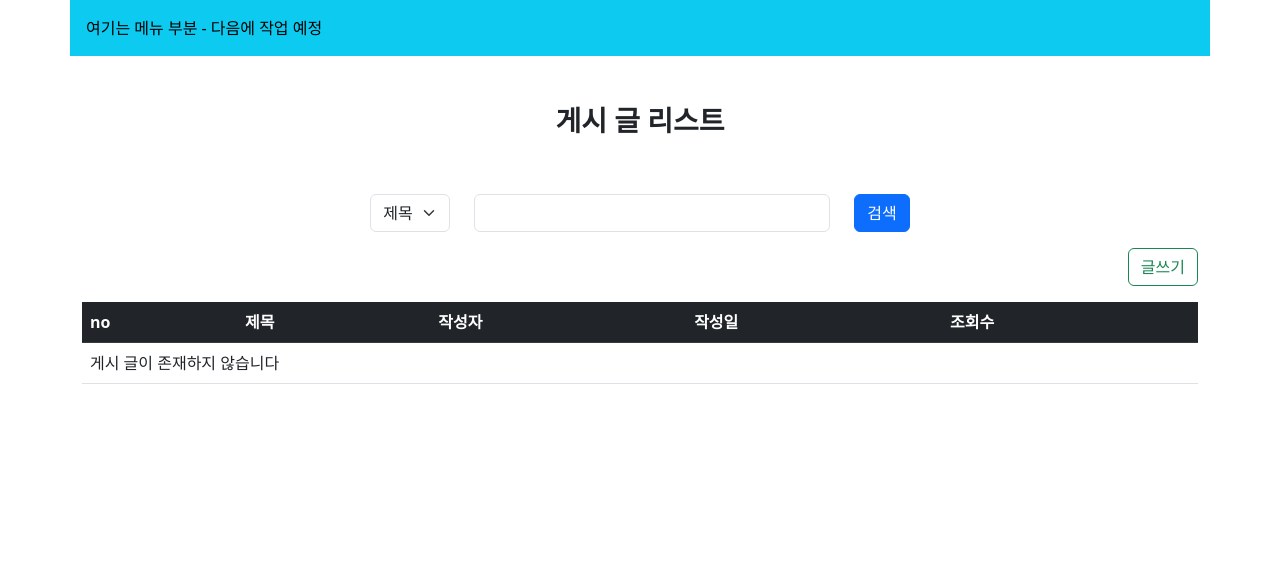
Repository: lopanghub/git_study
Page: http://localhost/JSPClassCh06/WEB-INF/board/boardList.jsp
The author's editor kept a copy of each file at every save. The page is drawn from the files as they stood at one save, then again after the next save.
The browser window is 1280 px wide. The pictures show the whole page.
The page is served by Tomcat 9. Nobody is signed in. Other server files are loaded and not shown. The template is opened directly, without the code that normally fills it, so the values that code supplies are empty.

Above is the page before, as saved 2024-04-09 05:49:07.

### JSPStudy/JSPClassCh06/src/main/webapp/WEB-INF/board/boardList.jsp
<%@page import="java.util.ArrayList"%>
<%@page import="com.jspstudy.ch06.vo.Board"%>
<%@page import="java.util.List"%>
<%@page import="java.sql.ResultSet"%>
<%@page import="java.sql.PreparedStatement"%>
<%@page import="java.sql.DriverManager"%>
<%@page import="java.sql.Connection"%>
<%@ page language="java" contentType="text/html; charset=UTF-8"
	pageEncoding="UTF-8"%>
<%@taglib prefix="c" uri="http://java.sun.com/jsp/jstl/core"%>

<!DOCTYPE html>
<html>
<head>
<meta charset="UTF-8">
<meta name="viewport" content="width=device-width, initial-scale=1">
<title>Insert title here</title>
<link href="bootstrap/bootstrap.min.css" rel="stylesheet">
</head>
<body>
	<div class="container">
		<div class="row">
			<div class="col text-bg-info p-3">여기는 메뉴 부분 - 다음에 작업 예정</div>
		</div>
		<div class="row my-5">
			<div class="col text-center">
				<h2 class=" fw-bold fs-3">게시 글 리스트</h2>
			</div>

		</div>
		<form name="searchForm" id="searchForm" action="#"
			class="row justify-content-center my-3">
			<div class="col-auto">
				<select name="type" class="form-select">
					<option value="title">제목</option>
					<option value="writer">작가</option>
					<option value="content">내용</option>
				</select>
			</div>
			<div class="col-4">
				<input type="text" name="keyword" id="keyword" class="form-control">
			</div>
			<div class="col-auto">
				<input type="submit" class="btn btn-primary" value="검색">
			</div>
		</form>
		<div class="row">
			<div class="col text-end">
				<a href="writeForm" class="btn btn-outline-success">글쓰기</a>
			</div>
		</div>
		<div class="row my-3">
			<div class="col">

				<table class="table table-hover">
					<thead >
					<tr class="table-dark">
						<th>no</th>
						<th>제목</th>
						<th>작성자</th>
						<th>작성일</th>
						<th>조회수</th>
					</tr>
					</thead>
					<!-- 게시글이 있는 경우 -->
					<tbody>
					<c:if test="${not empty bList }">
						<c:forEach var="board" items="${bList }">
							<tr>
								<td>${board.no }</td>
								<td>${board.title }</td>
								<td>${board.writer }</td>
								<td>${board.regDate }</td>
								<td>${board.readCount }</td>
							</tr>
						</c:forEach>
					</c:if>
					<!-- 게시글이 없는 경우 -->
					<c:if test="${empty bList }">
						<tr>
							<td colspan="5">게시 글이 존재하지 않습니다</td>

						</tr>
					</c:if>
					</tbody>
				</table>

			</div>
		</div>
	</div>
	<script src="bootstrap/bootstrap.bundle.min.js">

	</script>
</body>
</html>

Loaded but not shown: JSPStudy/JSPClassCh06/src/main/webapp/bootstrap/bootstrap.min.css (library); JSPStudy/JSPClassCh06/src/main/webapp/bootstrap/bootstrap.bundle.min.js (library)

After the next save:
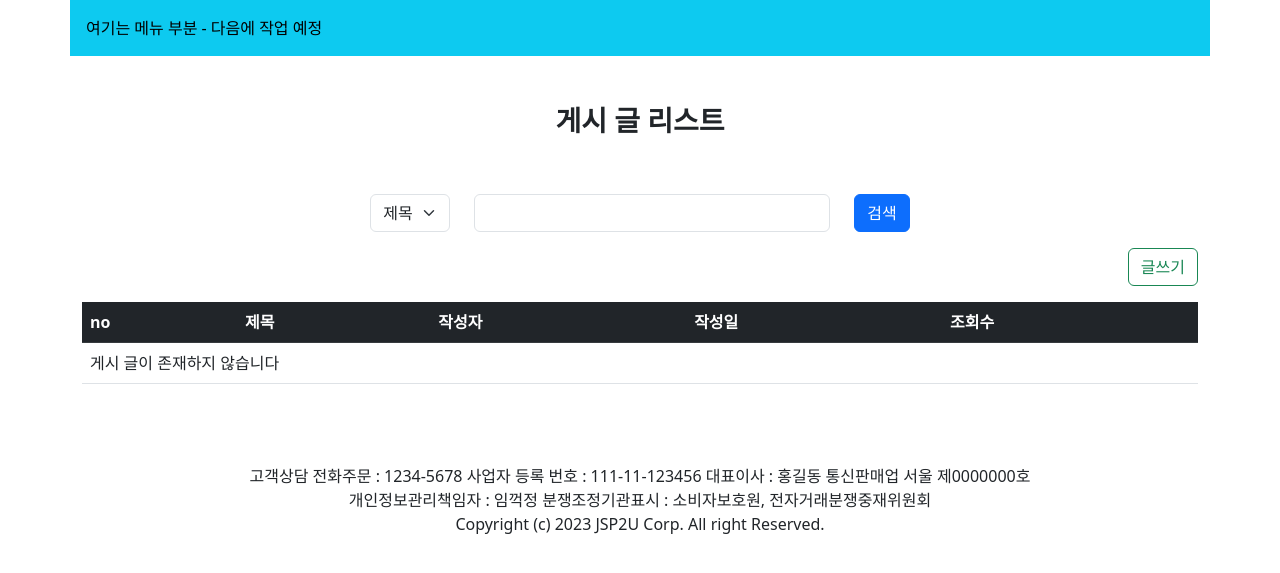
Saved 5 min 16 s later.
--- a/JSPStudy/JSPClassCh06/src/main/webapp/WEB-INF/board/boardList.jsp
+++ b/JSPStudy/JSPClassCh06/src/main/webapp/WEB-INF/board/boardList.jsp
@@ -87,6 +87,16 @@
 
 			</div>
 		</div>
+		<div class="row my-5" id="global-footer">
+			<div class="col text-center py-3">
+				<p>
+				고객상담 전화주문 : 1234-5678 사업자 등록 번호 : 111-11-123456
+				대표이사 : 홍길동 통신판매업 서울 제0000000호<br>
+				개인정보관리책임자 : 임꺽정 분쟁조정기관표시 : 소비자보호원, 전자거래분쟁중재위원회<br>
+				Copyright (c) 2023 JSP2U Corp. All right Reserved.
+
+			</div>
+		</div>
 	</div>
 	<script src="bootstrap/bootstrap.bundle.min.js">
 
